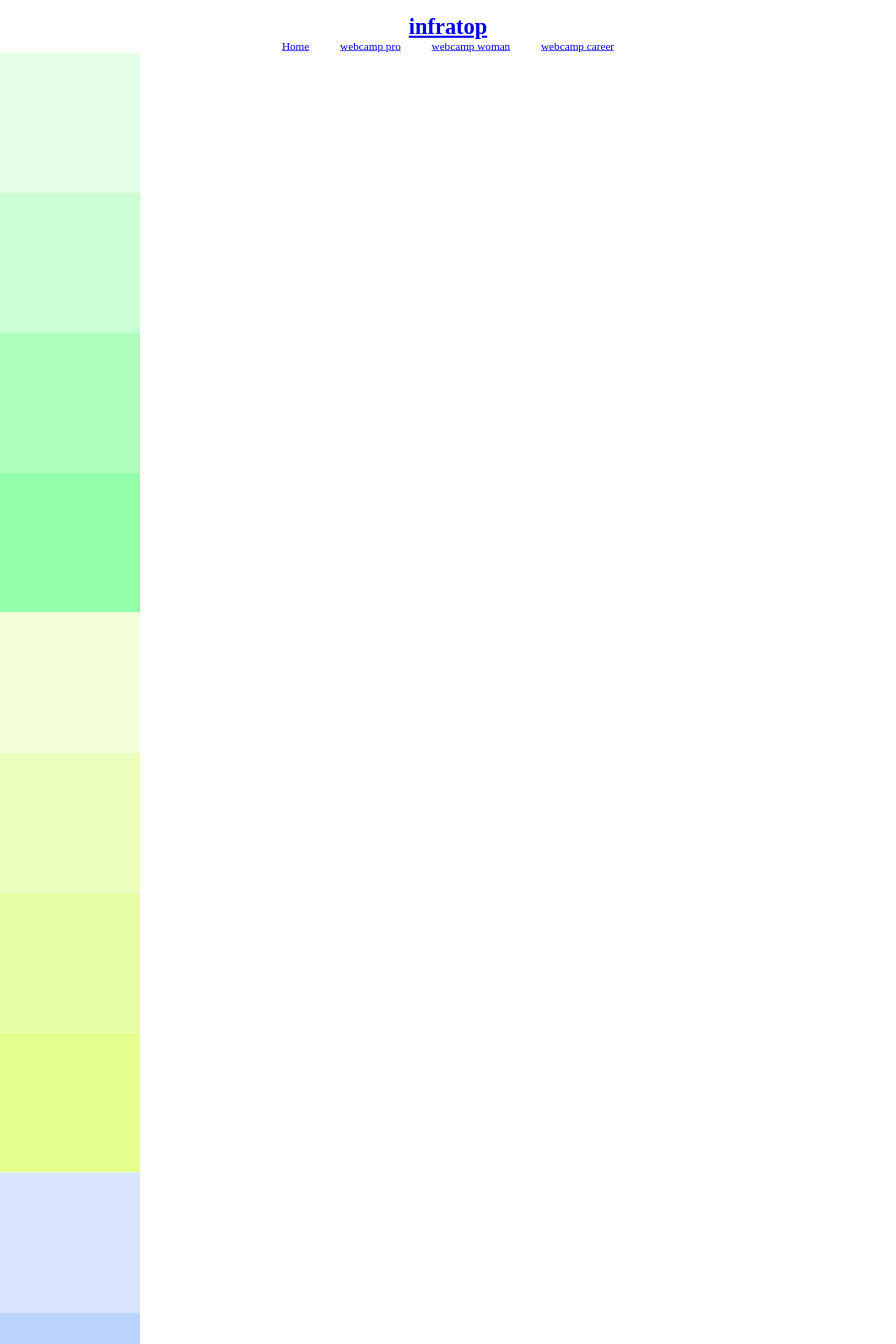
Repository: yuu3176/theme1
Page: 1-5/1-5.html
The author's editor kept a record of every edit. The page is drawn from the files as they stood at one moment, then again after the next edit.
The browser window is 1280 px wide. The pictures show the part of the page from y = 0 to 1920 px (the page is 2615 px tall), at 70% of full size.

Above is the page before.

### 1-5/1-5.html
<!DOCTYPE html>
<html lang="ja">
  <head>
    <meta charset="utf-8">
    <link rel="stylesheet" href="1-5.css">
    <title>1-5</title>
  </head>

  <body>
    <header>
        <h1>
          <a href="1-5.html">infratop</a>
        </h1>
      </div>
    <nav>
      <ul class="nav list">
        <li class="nav-list-item">
          <a href="https://web-camp.io/">Home</a>
        </li>
        <li class="nav-list-item">
          <a href="https://web-camp.io/commit/">webcamp pro</a>
        </li>
        <li class="nav-list-item">
        <a href="https://web-camp.io/courses/webDesign/">webcamp woman</a>
        </li>
        <li class="nav-list-item">
        <a href="https://web-camp.io/career-support/">webcamp career</a>
        </li>
      </ul>
    </nav>
    <div class="main1">
      <div class="color-green1"></div>
      <div class="color-green2"></div>
      <div class="color-green3"></div>
      <div class="color-green4"></div>
    </div>
    <div class="main2">
      <div class="color-yellow1"></div>
      <div class="color-yellow2"></div>
      <div class="color-yellow3"></div>
      <div class="color-yellow4"></div>
    </div>
    <div class="main3">
      <div class="color-blue1"></div>
      <div class="color-blue2"></div>
      <div class="color-blue3"></div>
      <div class="color-blue4"></div>
    </div>
    <footer>
      <p class="footer-text">© All rights reserved by Infratop.Inc.</p>
    </footer>
  </body>
</html>

### 1-5/1-5.css
*{
  margin:0px;
  padding:0px;
  box-sizing: border-box;
}

header{
  width:100%;
  padding:20px 0;
  text-align: center;
}

.nav-list {
  text-align: center;
  padding: 15px 0;
  margin: 0 auto;
  border-bottom: 1px solid #848282;
  border-top: 1px solid #848282;
}

.nav-list-item {
  list-style: none;
  display: inline-block;
  margin: 0 20px;
}

.main{
  width:800px;
  margin:50px auto;
  display:flex;
  flex-wrap:wrap;
}

.color-green1{
  width:200px;
  height:200px;
  background-color:#e6ffe9;
}

.color-green2{
  width:200px;
  height:200px;
  background-color:#cbffd3;
}

.color-green3{
  width:200px;
  height:200px;
  background-color:#aeffbd;
}

.color-green4{
  width:200px;
  height:200px;
  background-color:#93ffab;
}

.color-yellow1{
  width:200px;
  height:200px;
  background-color:#f3ffd8;
}

.color-yellow2{
  width:200px;
  height:200px;
  background-color:#edffbe;
}

.color-yellow3{
  width:200px;
  height:200px;
  background-color:#e9ffa5;
}

.color-yellow4{
  width:200px;
  height:200px;
  background-color:#e4ff8d;
}

.color-blue1{
  width:200px;
  height:200px;
  background-color:#d9e5ff;
}

.color-blue2{
  width:200px;
  height:200px;
  background-color:#bad3ff;
}

.color-blue3{
  width:200px;
  height:200px;
  background-color:#a4c6ff;
}

.color-blue4{
  width:200px;
  height:200px;
  background-color:#8eb8ff;
}

footer{
  width:100%;
  height:120px;
  text-align: center;
  line-height: 120px;
  background-color:#848282;
}
.footer-text{
  color:#fff;
}

After the next edit:
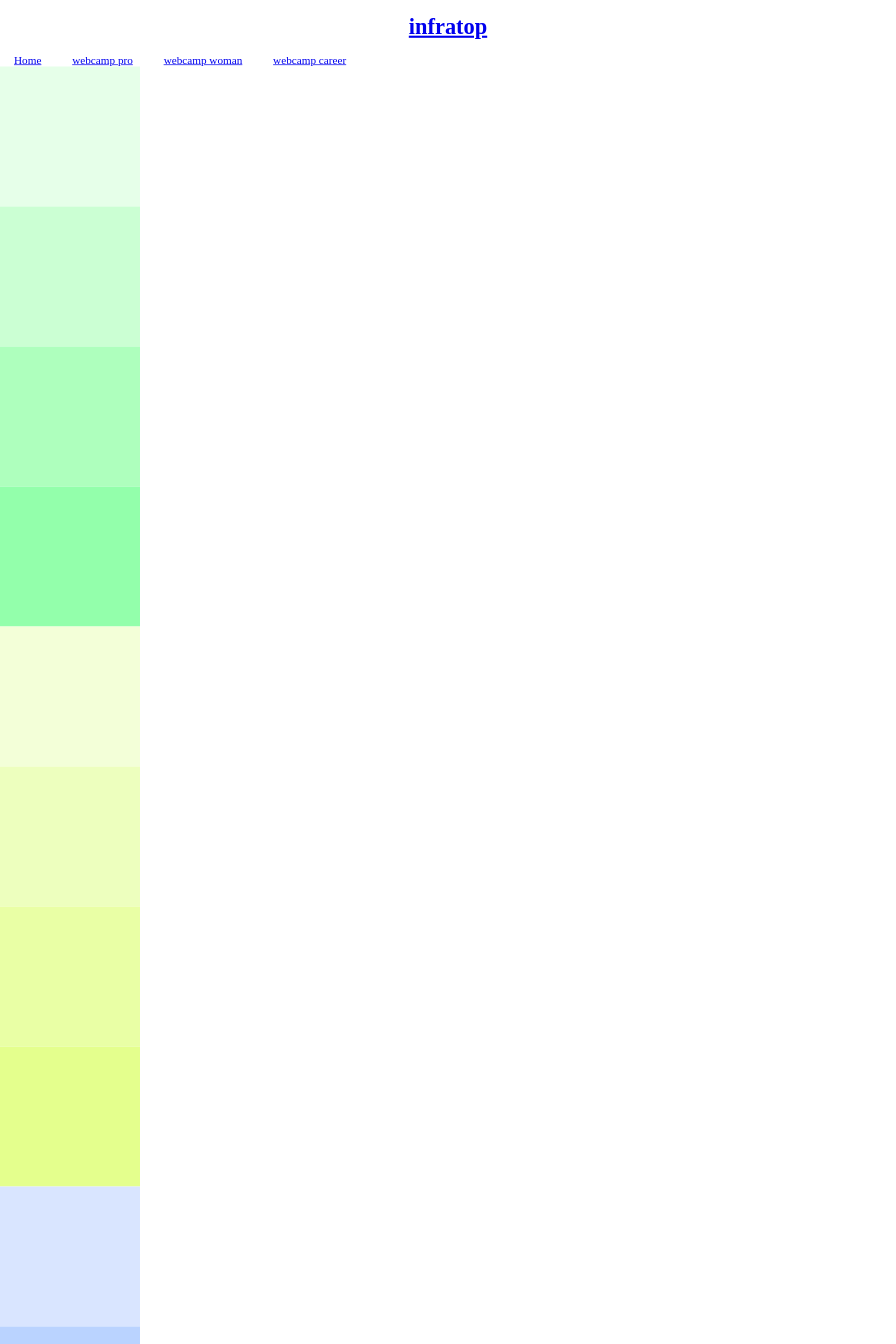
The edit:
--- a/1-5/1-5.html
+++ b/1-5/1-5.html
@@ -8,10 +8,10 @@
 
   <body>
     <header>
-        <h1>
-          <a href="1-5.html">infratop</a>
-        </h1>
-      </div>
+      <h1>
+        <a href="1-5.html">infratop</a>
+      </h1>
+    </header>
     <nav>
       <ul class="nav list">
         <li class="nav-list-item">
